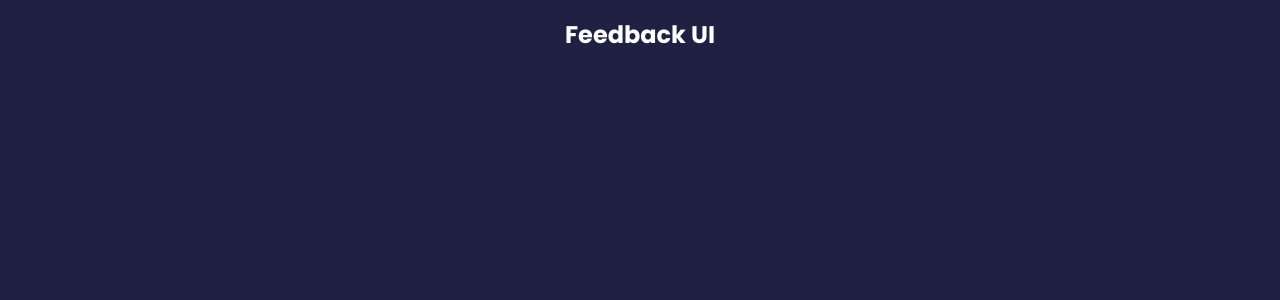
Repository: Lithium87/feedback-app
Page: / (app in client/)
These files come from the project's save history. The page is drawn as it stood at one moment and after the next save; the edit follows.
The browser window is 1280 px wide. The pictures show the whole page.
The project was rebuilt for these pictures with package versions that can differ from the ones it lists, and the page was loaded fresh each time.

Above is the page before, as saved 2022-05-25 18:44:53.

After the next save:
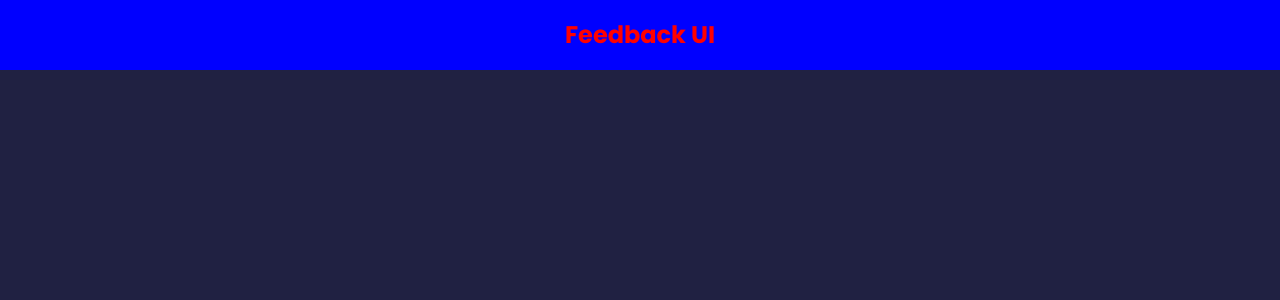
Saved 34 s later.
--- a/client/src/components/Header.js
+++ b/client/src/components/Header.js
@@ -8,7 +8,7 @@ const Header = ({text}) => {
   };
 
   return (
-    <header>
+    <header style={headerStyles}>
       <div className="container">
         <h2>{text}</h2>
       </div>
